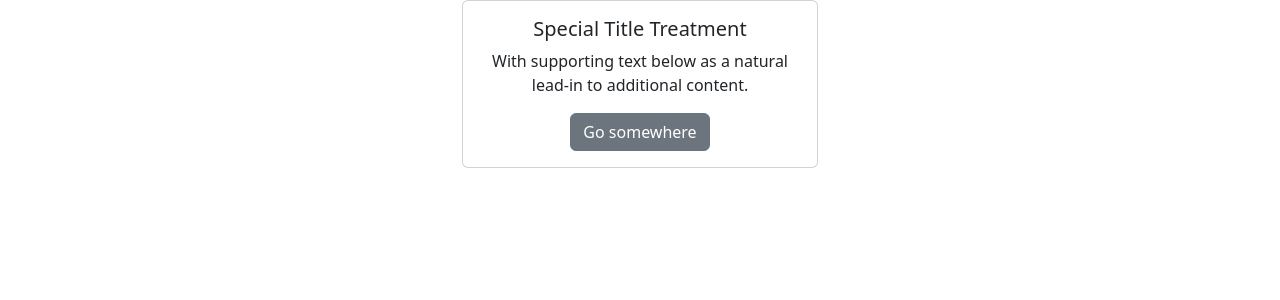
Repository: Rohit1995K/React-redux
Page: /
The author's editor kept a copy of each file at every save. The page is drawn from the files as they stood at one save, then again after the next save.
The browser window is 1280 px wide. The pictures show the whole page.
The project was rebuilt for these pictures with package versions that can differ from the ones it lists, and the page was loaded fresh each time. Also part of the build but not shown: src/Components/CartItem.js, src/Containers/CartContainer.js, src/Components/Navbar.js.

Above is the page before, as saved 2022-10-23 23:38:29.

After the next save:
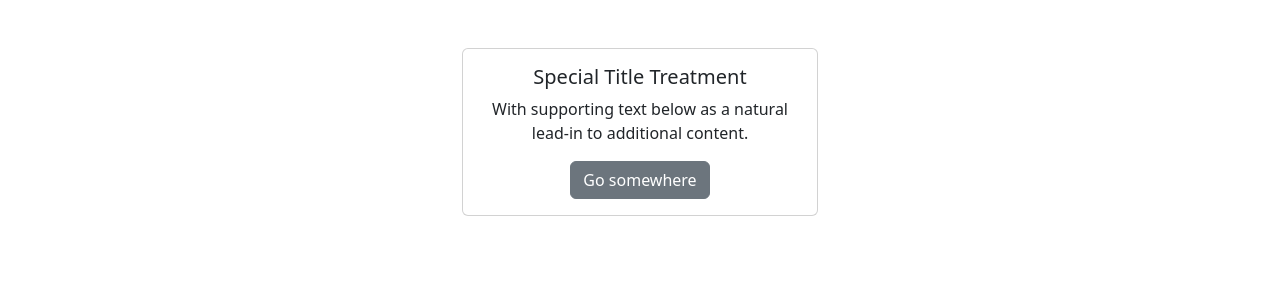
Saved 22 s later.
--- a/src/Components/Login/Login.js
+++ b/src/Components/Login/Login.js
@@ -8,7 +8,7 @@ const Login = () => {
         <div className="container">
         <div className="row">
             <div className="offset-md-4 col-md-4">
-                <Card>
+                <Card className="mt-5">
                     <CardBody>
                         <CardTitle tag="h5">
                             Special Title Treatment
